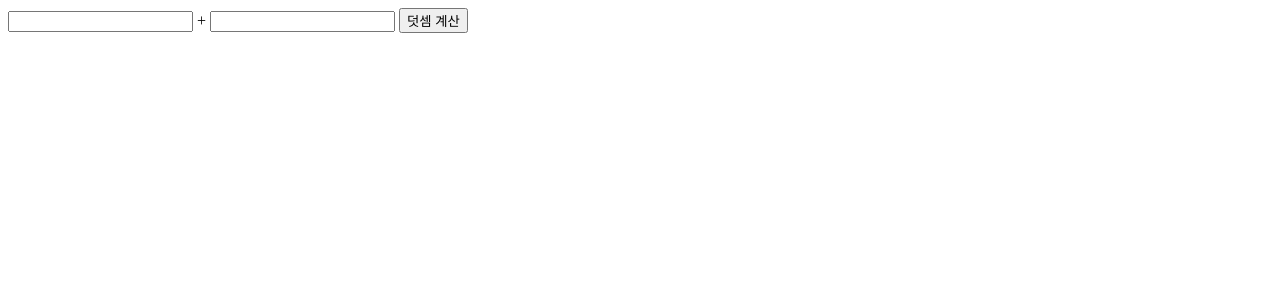
Repository: fellownew/framework_workspace
Page: http://localhost/spring_mvc_02_multiaction/
An editor plug-in stored every save of this project. The page is shown before and after the next save, followed by the edit.
The browser window is 1280 px wide. The pictures show the whole page.
The page is served by Tomcat 9. Other server files are loaded and not shown.

Above is the page before, as saved 2015-05-12 06:38:16.

### spring_mvc_02_multiaction/WebContent/index.jsp
<%@ page contentType="text/html;charset=UTF-8"%>
<!DOCTYPE html>
<html>
<head>
<meta charset="UTF-8">
<title>Insert title here</title>
</head>
<body>
	<form action="calc.do" method="post">
		<input type="hidden" name="command" value="plus">
		<input type="number" name="op1"> + <input type="number" name="op2">
		<input type="submit" value="덧셈 계산">

	</form>
</body>
</html>

After the next save:
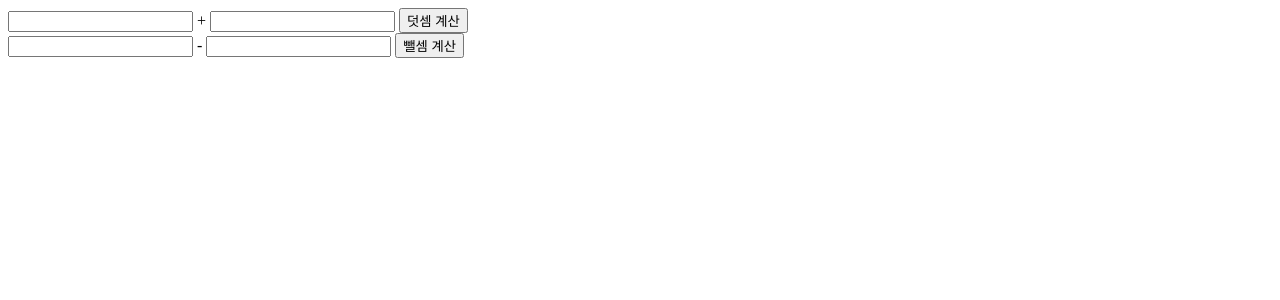
Saved 37 min 53 s later.
--- a/spring_mvc_02_multiaction/WebContent/index.jsp
+++ b/spring_mvc_02_multiaction/WebContent/index.jsp
@@ -10,7 +10,12 @@
 		<input type="hidden" name="command" value="plus">
 		<input type="number" name="op1"> + <input type="number" name="op2">
 		<input type="submit" value="덧셈 계산">
+	</form>
 
+		<form action="calc.do" method="post">
+		<input type="hidden" name="command" value="minus">
+		<input type="number" name="op1"> - <input type="number" name="op2">
+		<input type="submit" value="뺄셈 계산">
 	</form>
 </body>
 </html>
